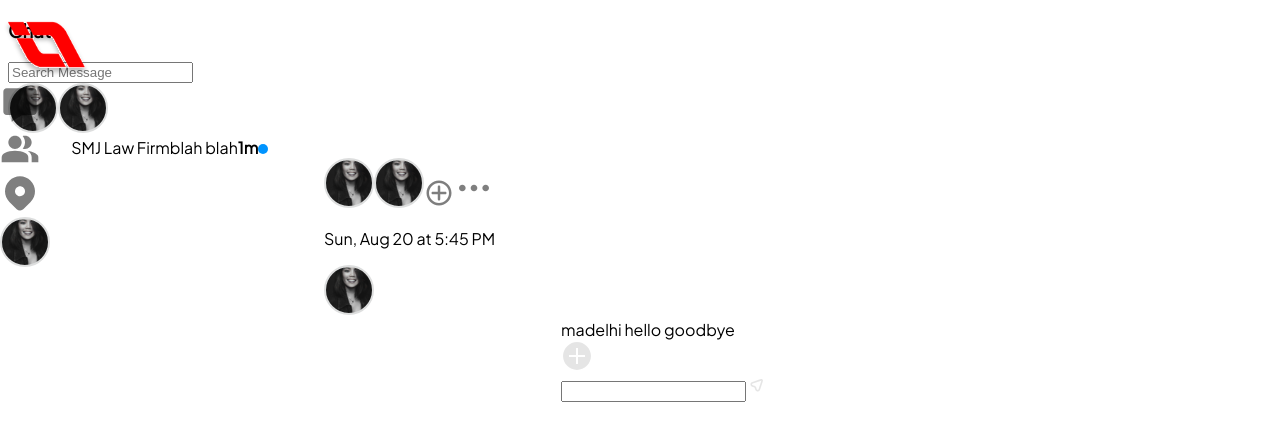
Repository: Nicktacku/LawChat
Page: /homechat (app in frontend/lawchat/)
These files come from the project's save history. The page is drawn as it stood at one moment and after a run of saves; the edit follows.
The browser window is 1280 px wide. The pictures show the whole page.
The project was rebuilt for these pictures with package versions that can differ from the ones it lists, and the page was loaded fresh each time. Also part of the build but not shown: frontend/lawchat/src/styles/button.css, frontend/lawchat/src/components/Button.js, frontend/lawchat/src/pages/Home.js, frontend/lawchat/src/pages/Login.js, frontend/lawchat/src/pages/Test.js.

Above is the page before, as saved 2024-08-15 14:12:05.

### frontend/lawchat/public/index.html
<!DOCTYPE html>
<html lang="en">
  <head>
    <meta charset="utf-8" />
    <link rel="icon" href="%PUBLIC_URL%/favicon.ico" />
    <meta name="viewport" content="width=device-width, initial-scale=1" />
    <meta name="theme-color" content="#000000" />
    <meta
      name="description"
      content="Web site created using create-react-app"
    />
    <link rel="apple-touch-icon" href="%PUBLIC_URL%/logo192.png" />
    <!--
      manifest.json provides metadata used when your web app is installed on a
      user's mobile device or desktop. See https://developers.google.com/web/fundamentals/web-app-manifest/
    -->
    <link rel="manifest" href="%PUBLIC_URL%/manifest.json" />
    <link
      href="https://fonts.googleapis.com/css?family=Plus Jakarta Sans"
      rel="stylesheet"
    />
    <!--
      Notice the use of %PUBLIC_URL% in the tags above.
      It will be replaced with the URL of the `public` folder during the build.
      Only files inside the `public` folder can be referenced from the HTML.

      Unlike "/favicon.ico" or "favicon.ico", "%PUBLIC_URL%/favicon.ico" will
      work correctly both with client-side routing and a non-root public URL.
      Learn how to configure a non-root public URL by running `npm run build`.
    -->
    <title>React App</title>
  </head>
  <body>
    <noscript>You need to enable JavaScript to run this app.</noscript>
    <div id="root"></div>
    <!--
      This HTML file is a template.
      If you open it directly in the browser, you will see an empty page.

      You can add webfonts, meta tags, or analytics to this file.
      The build step will place the bundled scripts into the <body> tag.

      To begin the development, run `npm start` or `yarn start`.
      To create a production bundle, use `npm run build` or `yarn build`.
    -->
  </body>
</html>

### frontend/lawchat/src/App.js
import Home from "./pages/Home.js";
import Login from "./pages/Login.js";
import HomeChat from "./pages/HomeChat.js";

import {
  createBrowserRouter,
  createRoutesFromElements,
  Route,
  RouterProvider,
} from "react-router-dom";
import Test from "./pages/Test.js";

const router = createBrowserRouter(
  createRoutesFromElements(
    <Route path="/">
      <Route index element={<Home />} />
      <Route path="/login" element={<Login />} />
      <Route path="/homechat" element={<HomeChat />} />
      <Route path="/test" element={<Test />} />
    </Route>
  )
);

function App() {
  return (
    <div className="App">
      {/* <Login /> */}
      <RouterProvider router={router} />
    </div>
  );
}

export default App;

### frontend/lawchat/src/pages/HomeChat.js
import React from "react";

import logo from "../images/logo.svg";
import chaticon from "../images/chaticon.svg";
import friendsicon from "../images/friendsicon.svg";
import locationicon from "../images/locationicon.svg";
import personaldp from "../images/personaldp.svg";

import newchaticon from "../images/newchaticon.svg";
import ChatPreview from "../components/ChatPreview";

import addicon from "../images/addicon.svg";
import tripledoticon from "../images/tripledoticon.svg";
import ChatBubble from "../components/ChatBubble";

import attachicon from "../images/attachicon.svg";

import sendicon from "../images/sendicon.svg";

import "../styles/homechat.css";

const HomeChat = () => {
  return (
    <div className="container">
      <div className="sidebar">
        <img src={logo} className="img" /> <br />
        <img src={chaticon} className="img" /> <br />
        <img src={friendsicon} className="img" /> <br />
        <img src={locationicon} className="img" /> <br />
        <img src={personaldp} className="img" /> <br />
      </div>
      <div className="chats">
        <h3 className="h3">
          <b>Chats</b>
        </h3>
        <image src={newchaticon} />
        <form>
          <input type="text" placeholder="Search Message" />
        </form>
        <ChatPreview name="SMJ Law Firm" preview="blah blah" />
      </div>
      <div className="chat">
        <div className="chat-bar">
          <img src={personaldp} />
          <img src={personaldp} />
          <img src={addicon} />
          <img src={tripledoticon} />
        </div>
        <div className="chat-content">
          <p>Sun, Aug 20 at 5:45 PM</p>
          <ChatBubble name="madel" message="hi hello goodbye" />
        </div>
        <div className="chatbox">
          <img src={attachicon} />
          <form>
            <input type="text" placeholder="" />
            <img src={sendicon} />
          </form>
        </div>
      </div>
    </div>
  );
};

export default HomeChat;

### frontend/lawchat/src/styles/home.css
body {
    font-family: 'Plus Jakarta Sans';
}

.body {
    padding-left: 5%;
    padding-right: 5%;
}

.navbar {
    overflow: hidden;
    border-bottom: 1px solid rgba(129, 133, 137, 0.3);
    padding-left: 3%;
    padding-right: 3%;
}



.nav-list {
    list-style-type: none;
    margin: 0;
    padding: 0;
    text-align: center;
}

.nav-item {
    float: right;
    padding: 2vh;
}

.logo{
    overflow: hidden;
    float:left;
}

.body-content {
    width: 40%;
    float: left;
    justify-content: center;
}

.body-image {
    width: 60%;
    float: right;
}

.h1{
    font-size: 18vh;
    margin-top: 30%;
}

.p {
    font-size: 5vh;
    color: gray;
}

.stores {
    justify-content: space-around;
}

.body-image {
    position: relative;
}

/* .body-image-content {
    position: absolute;
    width: 100px;
    height: 100px;
    border: 1px solid red;
} */

### frontend/lawchat/src/components/ChatPreview.js
import React from "react";

import personaldp from "../images/personaldp.svg";
import bluedot from "../images/bluedot.svg";

function ChatPreview(props) {
  return (
    <div className="container">
      <div className="images">
        <img src={personaldp} />
        <img src={personaldp} />
      </div>
      <div className="body">
        {props.name}
        {props.preview}
        <b>1m</b>
        <img src={bluedot} />
      </div>
    </div>
  );
}

export default ChatPreview;

### frontend/lawchat/src/components/ChatBubble.js
import React from "react";

import personaldp from "../images/personaldp.svg";

function ChatBubble(props) {
  return (
    <div className="container">
      <img src={personaldp} />
      <div className="chat">
        {props.name}
        {props.message}
      </div>
    </div>
  );
}

export default ChatBubble;

### frontend/lawchat/src/styles/homechat.css
.sidebar {
    height: 100%;
    width: 160px;
    position: fixed;
    top: 0;
    left: 0;
    overflow-x: hidden;
    padding-top: 16px;
  }

.chat {
    margin-left: 25%
}

.chatbox {
    margin-left: 25%
}

.img{
    size: auto;
  }

Loaded but not shown: frontend/lawchat/src/index.js (common file)

After the next 2 saves:
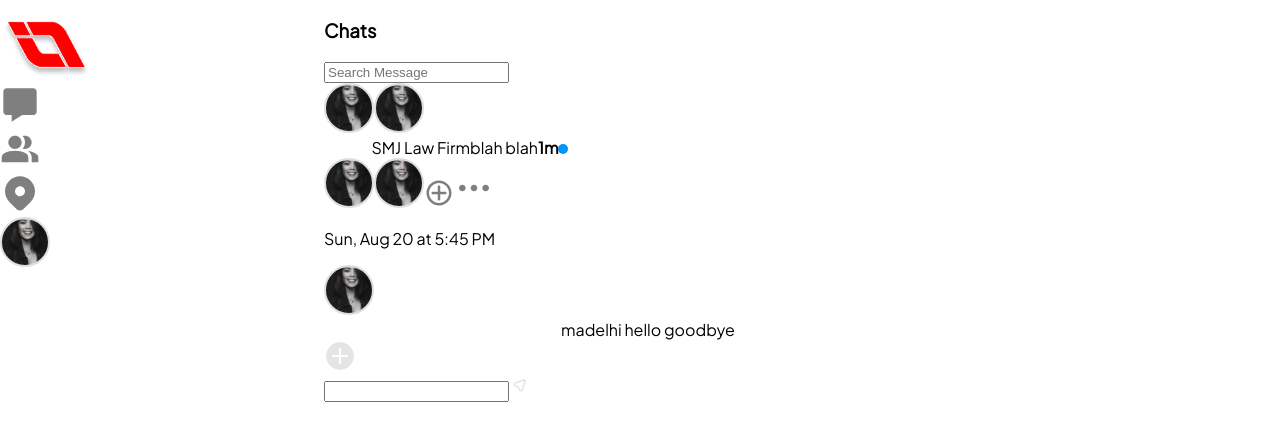
The 2 saves are shown as one change because they came seconds apart.
The last was saved 47 s later.
--- a/frontend/lawchat/src/styles/homechat.css
+++ b/frontend/lawchat/src/styles/homechat.css
@@ -12,7 +12,7 @@
     margin-left: 25%
 }
 
-.chatbox {
+.chats {
     margin-left: 25%
 }
 
